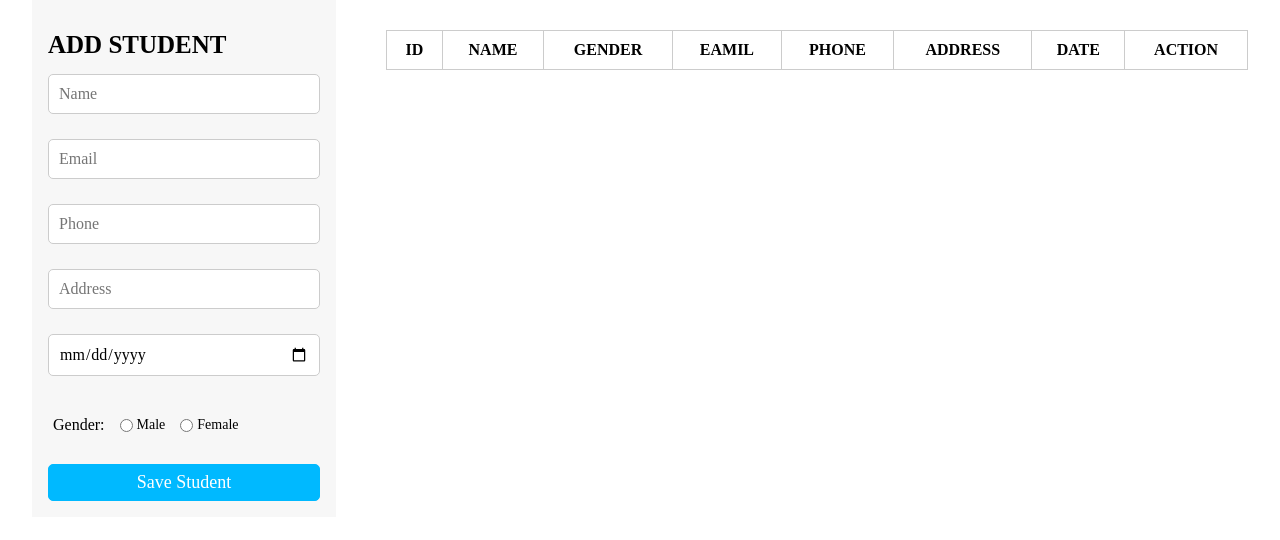
Repository: vanphongnguyen1/webDemo
Page: project(table-form)/index.html
These files come from the project's save history. The page is drawn as it stood at one moment and after the next save; the edit follows.
The browser window is 1280 px wide. The pictures show the whole page.
The style sheet was rebuilt from its Sass, Less or Tailwind sources for each picture, by a compiler version that may differ from the author's.

Above is the page before, as saved 2020-08-30 16:19:24.

### project(table-form)/index.html
<!DOCTYPE html>
<html lang="en">
<head>
    <meta charset="UTF-8">
    <meta name="viewport" content="width=device-width, initial-scale=1.0">
    <title>Document</title>
    <link rel="stylesheet" href="./css/style.css">
</head>
<body onload="render()">
    <div class="container">
        <div class="row">
            <div class="col-3">
                <div class="form">
                    <form action="" autocomplete="off" onsubmit="listStudents()">
                        <h2 class="form__title">add student</h2>
                        <input type="text" class="form__input form__input--name" name="name" id="" placeholder="Name">
                        <div class="error-name"></div>
                        <input type="Email" class="form__input form__input--email" name="email" id="" placeholder="Email">
                        <div class="error-email"></div>
                        <input type="tel" class="form__input form__input--phone" name="phone" id="" placeholder="Phone">
                        <div class="error-phone"></div>
                        <input type="text" class="form__input form__input--address" name="address" id="" placeholder="Address">
                        <div class="error-address"></div>
                        <input type="date" class="form__input form__input--date" name="date" id="">
                        <div class="error-date"></div>
                        <div class="form__gender">
                            <lable>Gender:</lable>
                            <div class="form__radio">
                                <input type="radio" class="form__radio--gender " value="male" name="gender" id="male">
                                <label for="male" class="form__radio--text">Male</label>
                                <input type="radio" class="form__radio--gender " value="female" name="gender" id="female">
                                <label for="female" class="form__radio--text">Female</label>
                            </div>
                        </div>
                        <div class="error-gender"></div>
                        <button type="submit" class="form__button" onclick="">Save Student</button>
                    </form>
                </div>
            </div>
            <div class="col-9">
                <div class="table">
                    <table>
                        <thead>
                            <tr>
                                <th>ID</th>
                                <th>NAME</th>
                                <th>GENDER</th>
                                <th>EAMIL</th>
                                <th>PHONE</th>
                                <th>ADDRESS</th>
                                <th>DATE</th>
                                <th>ACTION</th>
                            </tr>
                        </thead>
                        <tbody id="list-student">
                                <!-- <tr>
                                    <td>1</td>
                                    <td>phong</td>
                                    <td>male</td>
                                    <td>maoa@gmai.com</td>
                                    <td>154653132</td>
                                    <td>asdasasdad</td>
                                    <td>2020-08-21</td>
                                    <td><a href="">edit</a>/<a href="">delete</a></td>
                                </tr> -->
                        </tbody>
                    </table>
                </div>
            </div>
        </div>
    </div>
    <script src="./js/main.js"></script>
</body>
</html>

### project(table-form)/js/main.js
    // <!-- <tr>
    //     <td>1</td>
    //     <td>phong</td>
    //     <td>male</td>
    //     <td>maoa@gmai.com</td>
    //     <td>154653132</td>
    //     <td>asdasasdad</td>
    //     <td>2020-08-21</td>
    //     <td><a href="">edit</a>/<a href="">delete</a></td>
    // </tr>
    let data = []
    let count = 0;
    function listStudents (list,item) {
        const name = document.querySelector('.form__input--name').value
        const email = document.querySelector('.form__input--email').value
        const phone = document.querySelector('.form__input--phone').value
        const address = document.querySelector('.form__input--address').value
        const date = document.querySelector('.form__input--date').value
        let gender = document.querySelector('input[name = gender]:checked')
                gender = gender ? gender.value : '';
        let student = {
            'name': name,
            'gender': gender,
            'email': email,
            'phone': phone,
            'address': address,
            'date': date,
        }
        // data.push(student)
        // console.log(data)

        // saveLocalStorage('students', student)
        if(!name) {
            document.querySelector('.error-name').innerHTML='<font color="red"> *Vui lòng điền: Họ và Tên</font>'
        } else {
            document.querySelector('.error-name').innerHTML=''
        }
        if(!email) {
            document.querySelector('.error-email').innerHTML='<font color="red"> *Vui lòng điền: Email</font>'
        } else {
            document.querySelector('.error-email').innerHTML=''
        }
        if(!phone) {
            document.querySelector('.error-phone').innerHTML='<font color="red"> *Vui lòng điền: Số điện thoại</font>'
        } else {
            document.querySelector('.error-phone').innerHTML=''
        }
        if(!address) {
            document.querySelector('.error-address').innerHTML='<font color="red"> *Vui lòng điền: Address</font>'
        } else {
            document.querySelector('.error-address').innerHTML=''
        }
        if(!date) {
            document.querySelector('.error-date').innerHTML='<font color="red"> *Vui lòng chọn: Ngày/Tháng/Năm</font>'
        } else {
            document.querySelector('.error-date').innerHTML=''
        }
        if(!gender) {
            document.querySelector('.error-gender').innerHTML='<font color="red"> *Vui lòng chọn: Giới tính</font>'
        } else {
            document.querySelector('.error-gender').innerHTML=''
        }

        let listStudent = localStorage.getItem('students') ? JSON.parse(localStorage.getItem('students')) : []
        listStudent.push(student)
        localStorage.setItem('students',JSON.stringify(listStudent))
        render()
    }
    // const render = () => {
    //     event.preventDefault()
    //     html = ''
    //     const addTable = document.getElementById('list-student')
    //     data.forEach((i,index)=> {
    //         html += `
    //                 <tr>
    //                     <td>${index}</td>
    //                     <td>${i.name}</td>
    //                     <td>${i.gender}</td>
    //                     <td>${i.email}</td>
    //                     <td>${i.phone}</td>
    //                     <td>${i.address}</td>
    //                     <td>${i.date}</td>
    //                     <td>
    //                         <a href="">edit</a>/<a href="" onclick="deleteStudent('${i}')">delete</a>
    //                     </td>
    //                 </tr
    //             `
    //     })
    //     addTable.innerHTML = html
    // }
    // const deleteStudent = (index) => {
    //     data.splice(index,1)
    //     render()
    //     let json = JSON.stringify(data)
    //     localStorage.setItem('students',json)
    // }
    // function saveLocalStorage (list,item) {
    //     let templist
    //     if(localStorage.getItem(list) === null) {
    //         templist = []
    //     }else {
    //         templist = JSON.parse(localStorage.getItem(list))
    //     }
    //     templist.push(item)
    //     localStorage.setItem(list,JSON.stringify(templist))
    // }
    // function init() {
    //     let templist
    //     if(localStorage.getItem('students') === null) {
    //         templist = []
    //     }else {
    //         templist = JSON.parse(localStorage.getItem('students'))
    //     }
    //     templist.forEach( (index,item) => {
    //         listStudents(index)
    //     })
        // let json = localStorage.getItem('students')
        // data = JSON.parse(json)
        // render()
        // console.log(data)
    // }
    // console.log(data)
    // function errorForm () {
    //     // if(!gender) {
    //     //     document.getElementsByClassName('error-name').innerHTML='<font color="f00"> Vui lòng điền: Họ và Tên</font>'
    //     // } else {
    //     //     document.getElementsByClassName('error-name').innerHTML=''
    //     // }
    // }
    function render() {
        event.preventDefault()
        let listStudent = localStorage.getItem('students') ?JSON.parse(localStorage.getItem('students')):[]
        html = ''
        const addTable = document.getElementById('list-student')
        listStudent.forEach((i,index)=> {
            html += `
                    <tr>
                        <td>${index}</td>
                        <td>${i.name}</td>
                        <td>${i.gender}</td>
                        <td>${i.email}</td>
                        <td>${i.phone}</td>
                        <td>${i.address}</td>
                        <td>${i.date}</td>
                        <td>
                            <a href="">edit</a>/<a href="" onclick="deleteStudent('${i}')">delete</a>
                        </td>
                    </tr
                `
        })
        addTable.innerHTML = html
    }

### project(table-form)/sass/style.scss
@import './base/base';
@import './layout/layout';
@import './components/form';
@import './components/table';

### project(table-form)/sass/base/_base.scss
* {
    margin: 0;
    padding: 0;
    box-sizing: border-box;
    outline: none;
}
html {
    font-size: 10px;
}
input, button, textarea {
    font-family: inherit;
}
h1, h2, h3, h4, h5, h6, p {
    margin: 0;
    padding: 0;
    line-height: inherit
}
// ----------------------------------------------
.container {
    width: 95%;
    margin:  0 auto;
}

### project(table-form)/sass/layout/_layout.scss
.row {
    display: flex;
    flex-wrap: wrap;
}
.col-3 {
    width: calc(3/12 * 100%);
}
.col-9 {
    width: calc(9/12 * 100%);
}

### project(table-form)/sass/components/_form.scss
.form {
    text-transform: uppercase;
    padding: 1.5rem;
    border: 1px solid #f7f7f7;
    // margin-top: 3rem;
    background-color: #f7f7f7;
    div[class^="error-"] {
        color: #f00;
        font-size: 10px;
        margin-bottom: 1.5rem;
    }
    &__title {
        font-size: 2.5rem;
        padding: 1.5rem 0;
    }
    &__input {
        width: 100%;
        padding: 1rem;
        font-size: 1.6rem;
        border-radius: 0.5rem;
        border: 1px solid #ccc;
        background-color: #ffffff;
        &:not(:last-child) {
            margin-bottom: 1rem;
        }
    }
    &__gender {
        padding: 1.5rem 0 1.5rem 0.5rem;
        text-transform: capitalize;
        display: flex;
        lable {
            font-size: 1.6rem;
        }
        .form__radio {
            display: flex;
            align-items: center;
            flex-wrap: wrap;
            width: 70%;
            &--gender {
                margin-left: 1.5rem;
                cursor: pointer;
            }
            &--text {
                font-size: 1.4rem;
                margin-left: 4px;
                cursor: pointer;
            }
        }
    }
    &__button {
        background-color:#00b9ff ;
        border: 1px solid #00b9ff;
        border-radius: 0.5rem;
        width: 100%;
        font-size: 1.8rem;
        text-align: center;
        color: #fff;
        padding: 0.7rem;
        cursor: pointer;
        transition: all 0.4s ease-in-out;
        &:hover {
            background-color: #1b91be;
        }
    }
}

### project(table-form)/sass/components/_table.scss
.table {
    margin-left: 5rem;
    margin-top: 3rem;
    table {
        width: 100%;
        border-collapse: collapse;
        tr {
            font-size: 1.6rem;
            th,
            td {
                text-align: center;
                padding: 1rem;
                border: 1px solid #ccc;
            }
        }
    }
}

After the next save:
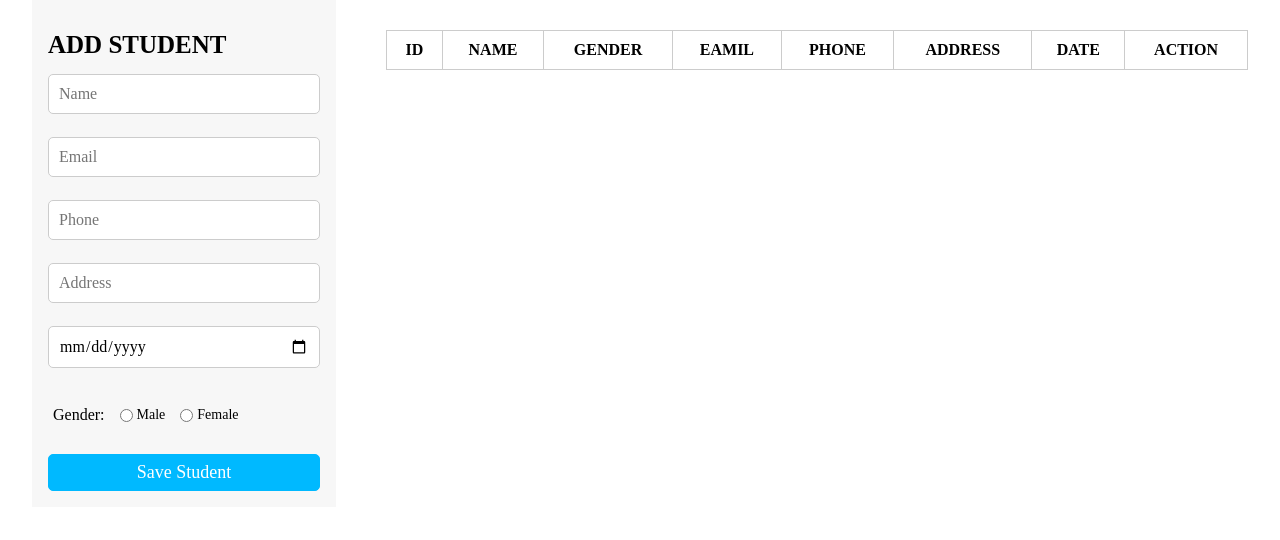
Saved 72 s later.
--- a/project(table-form)/sass/components/_form.scss
+++ b/project(table-form)/sass/components/_form.scss
@@ -21,7 +21,7 @@
         border: 1px solid #ccc;
         background-color: #ffffff;
         &:not(:last-child) {
-            margin-bottom: 1rem;
+            margin-bottom: 0.8rem;
         }
     }
     &__gender {
